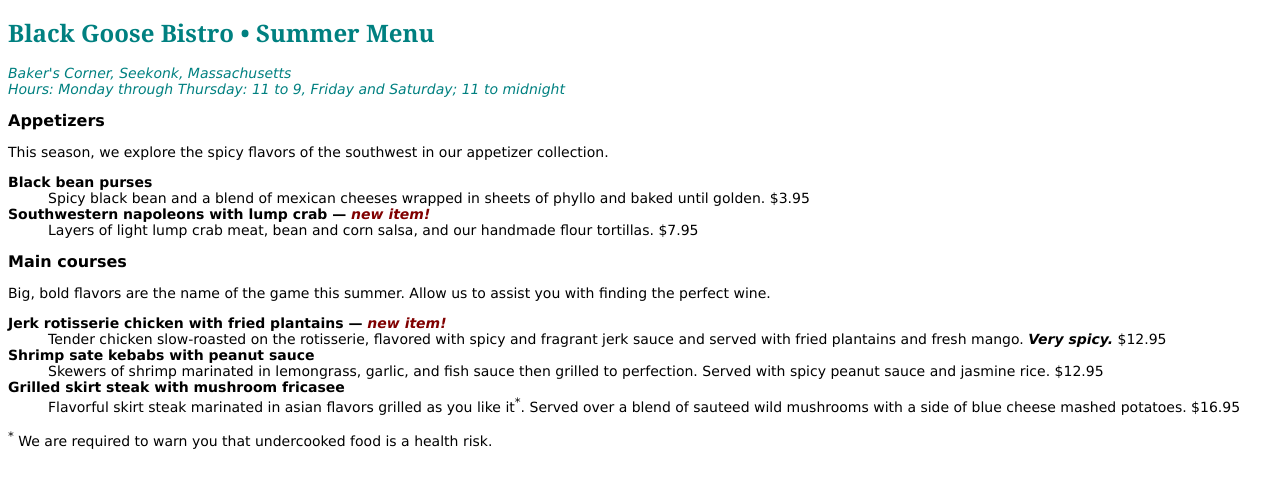
Repository: Lithium87/WebDesign
Page: Bistro/menu.html
An editor plug-in stored every save of this project. The page is shown before and after the next save, followed by the edit.
The browser window is 1280 px wide. The pictures show the whole page.
Some web fonts or font styles are not loaded; a fallback is used.

Above is the page before, as saved 2020-04-14 11:03:06.

After the next save:
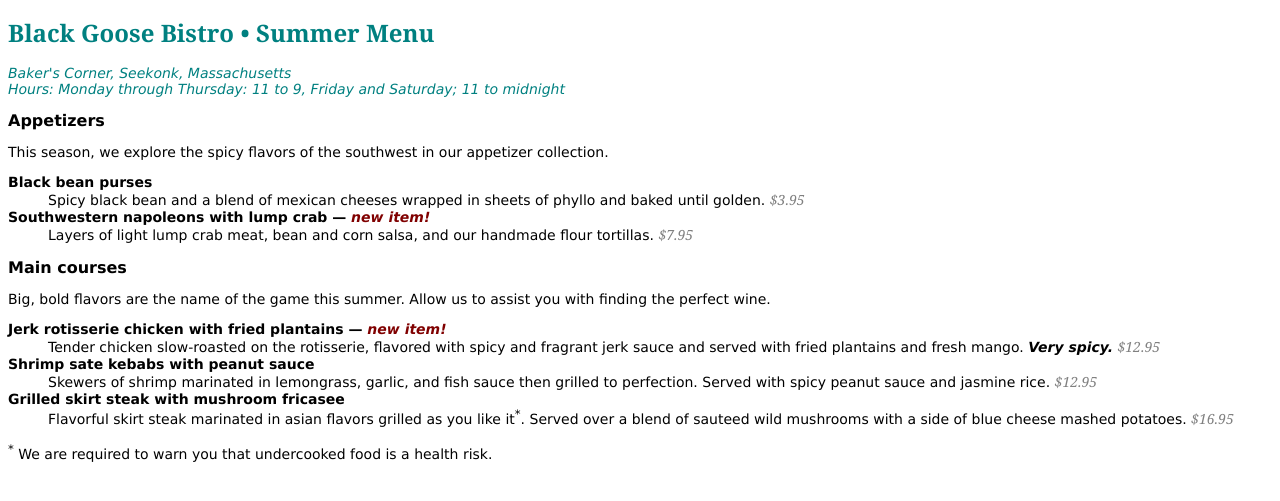
Saved 80 s later.
--- a/Bistro/menu.html
+++ b/Bistro/menu.html
@@ -42,6 +42,12 @@
 
         #info p {
             font-style: italic;
+        }
+
+        .price {
+            font-family: Georgia, serif;
+            font-style: italic;
+            color: grey;
         }
     </style>
 </head>
